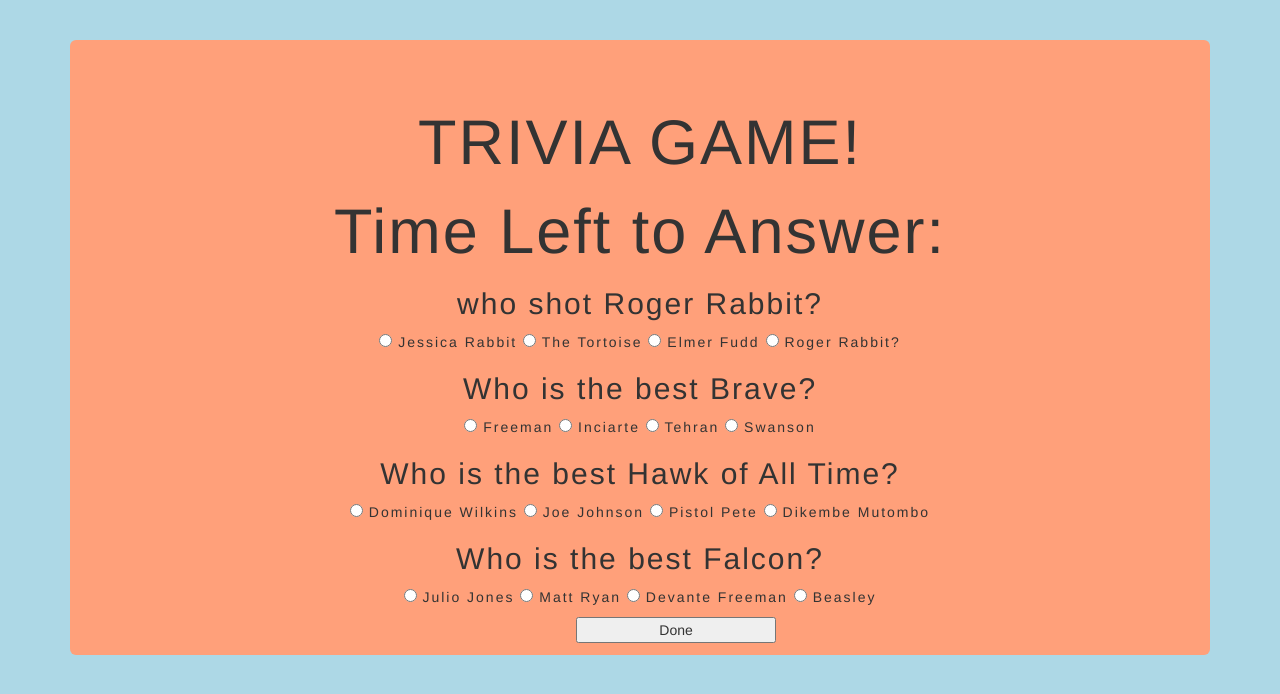
Repository: phiniezyc/TriviaGame
Page: index.html
The author's editor kept a copy of each file at every save. The page is drawn from the files as they stood at one save, then again after a run of saves.
The browser window is 1280 px wide. The pictures show the whole page.
After loading, the first visible `#startGameButton` was clicked once.
Some web libraries are served in a nearby version.

Above is the page before, as saved 2017-09-14 01:33:39.
Console error: TypeError: "#timeLeft".html is not a function

After the next 2 saves:
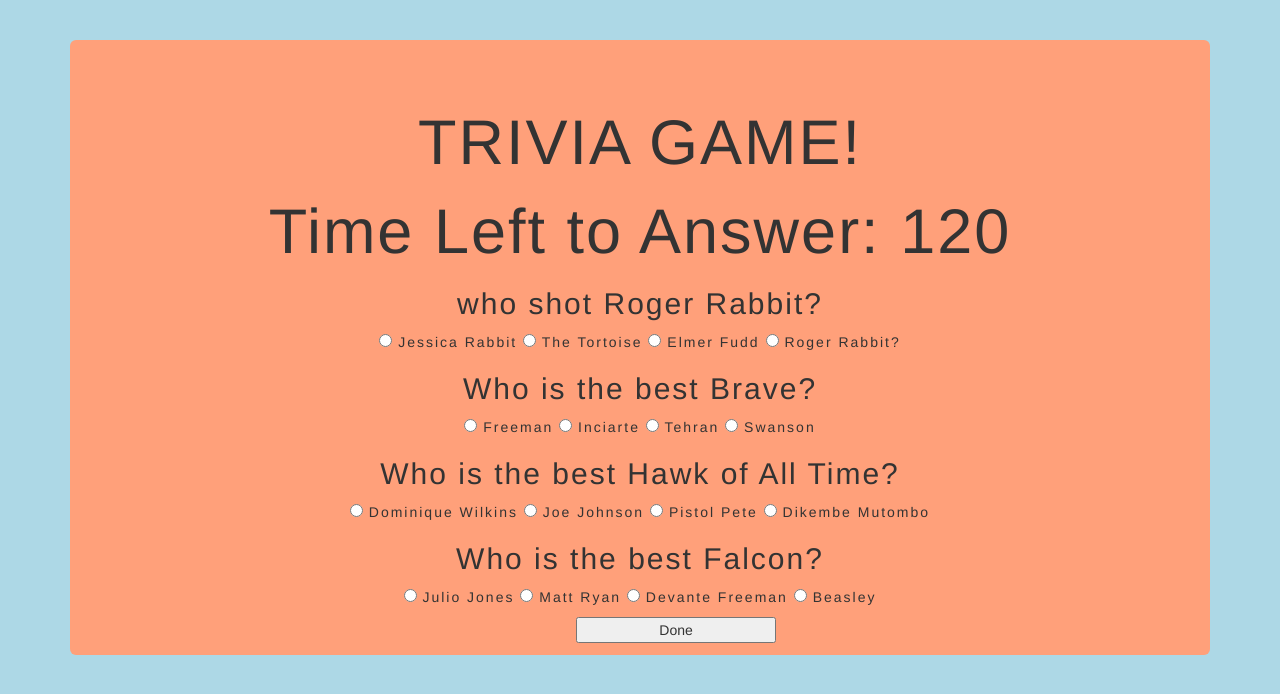
The 2 saves are shown as one change because they came seconds apart.
The last was saved 31 s later.
--- a/assets/javascript/app.js
+++ b/assets/javascript/app.js
@@ -44,7 +44,7 @@
     },
     startTimer: function() {
         timer = setInterval(trivaScoring.timeLeft, 1000);
-        $("#questionSection").prepend("<h1>Time Left to Answer: <span id = 'counter'>")
+        $("#questionSection").prepend("<h1>Time Left to Answer: <span id = 'counter'> 120")
         $("#startGameButton").remove();
         for (var i = 0; i < questions.length; i++) {
             $("#questionSection").append("<h2>" + questions[i].question + "</h2>");
